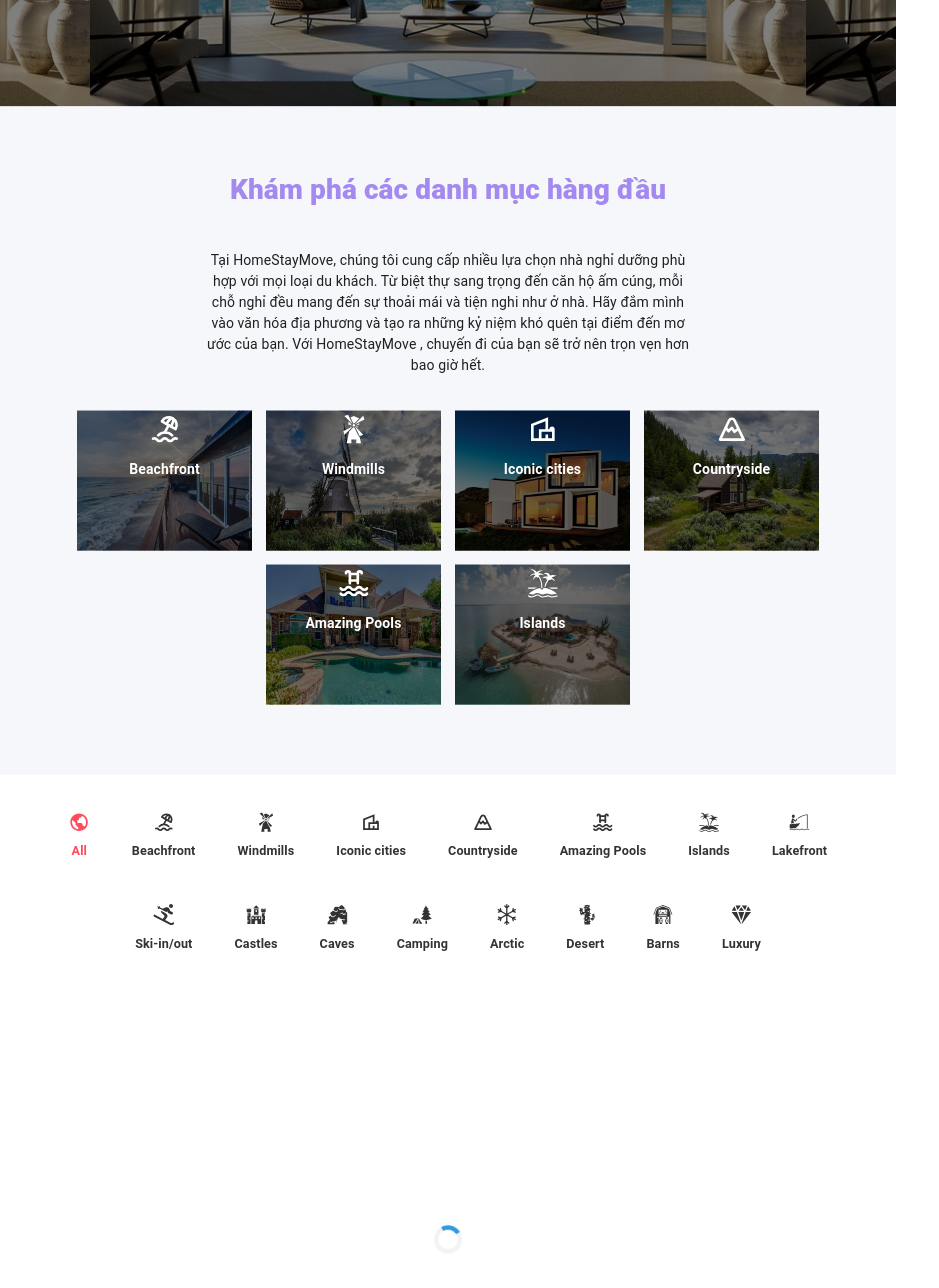
Repository: minhquang203/Homestay
Page: / (app in client/)
These files come from the project's save history. The page is drawn as it stood at one moment and after a run of saves; the edit follows.
The browser window is 1280 px wide. The page is 1342 px wide, so the pictures cover 1342 px, including what lies to the right of the window. The pictures show the part of the page from y = 552 to 2392 px (the page is 2879 px tall before and 2782 px after), at 70% of full size.
The page's requests for data from a server got no answer. The project was rebuilt for these pictures with package versions that can differ from the ones it lists, and the page was loaded fresh each time. No one was signed in, and anything a server would have sent is missing. Also part of the build but not shown: client/src/styles/ListingCard.scss, client/src/components/ListingCard.jsx, client/src/styles/variable.scss, client/src/styles/List.scss, client/src/pages/CategoryPage.jsx, client/src/styles/CreateListing.scss, client/src/pages/CreateListing.jsx, client/src/styles/ListingDetails.scss and 17 more.

Above is the page before, as saved 2025-04-03 23:56:42.

### client/public/index.html
<!DOCTYPE html>
<html lang="en">
  <head>
    <meta charset="utf-8" />
    <link rel="icon" href="%PUBLIC_URL%/favicon.ico" />
    <meta name="viewport" content="width=device-width, initial-scale=1" />
    <meta name="theme-color" content="#000000" />
    <meta
      name="description"
      content="Web site created using create-react-app"
    />
    <link rel="apple-touch-icon" href="%PUBLIC_URL%/logo192.png" />
    <link rel="manifest" href="%PUBLIC_URL%/manifest.json" />
    <link rel="preconnect" href="https://fonts.googleapis.com">
    <link rel="preconnect" href="https://fonts.gstatic.com" crossorigin>
    <link href="https://fonts.googleapis.com/css2?family=Nunito:ital,wght@0,200..1000;1,200..1000&display=swap" rel="stylesheet">
    <title>HomeStayMove</title>
  </head>
  <body>
    <div id="root"></div>

  </body>
</html>

### client/src/index.js
import { CssBaseline, ThemeProvider, createTheme } from "@mui/material"; // Thêm vào đây
import React from "react";
import ReactDOM from "react-dom/client";
import { Provider } from "react-redux";
import { PersistGate } from "redux-persist/integration/react";
import App from "./App";
import { persistor, store } from "./Redux/store";

// Tạo theme tùy chỉnh nếu cần thiết
const theme = createTheme({
  palette: {
    primary: {
      main: "#1976d2", // Màu chủ đạo
    },
    secondary: {
      main: "#dc004e", // Màu phụ
    },
  },
});

const root = ReactDOM.createRoot(document.getElementById("root"));
root.render(
  <React.StrictMode>
    <Provider store={store}>
      <PersistGate loading={null} persistor={persistor}>
        <ThemeProvider theme={theme}>
          <CssBaseline />
          <App />
        </ThemeProvider>
      </PersistGate>
    </Provider>
  </React.StrictMode>
);

### client/src/Redux/store.js
// store.js
import { configureStore } from "@reduxjs/toolkit";
import {
  persistStore,
  persistReducer,
  FLUSH,
  REHYDRATE,
  PAUSE,
  PERSIST,
  PURGE,
  REGISTER,
} from "redux-persist";
import storage from "redux-persist/lib/storage";
import userReducer from "./state"; // Đảm bảo đúng đường dẫn đến state.js

// Cấu hình Redux Persist
const persistConfig = {
  key: "root", // Tên của key trong localStorage
  version: 1, // Phiên bản của state để khi có thay đổi sẽ cập nhật lại
  storage, // Chọn phương thức lưu trữ, có thể là localStorage hoặc sessionStorage
};

// Tạo persisted reducer từ userReducer
const persistedReducer = persistReducer(persistConfig, userReducer);

// Tạo store với persistedReducer
export const store = configureStore({
  reducer: persistedReducer, // Dùng persisted reducer để lưu trữ trạng thái người dùng
  middleware: (getDefaultMiddleware) =>
    getDefaultMiddleware({
      serializableCheck: {
        ignoredActions: [FLUSH, REHYDRATE, PAUSE, PERSIST, PURGE, REGISTER], // Bỏ qua các action không thể serialize
      },
    }),
});

// Khởi tạo persistor từ store
export const persistor = persistStore(store);

### client/src/App.css
* {
  margin: 0;
  padding: 0;
  box-sizing: border-box;
  font-family: 'Nunito'sans-serif;
}

### client/src/pages/HomePage.jsx
import Categories from "../components/Categories";
import Footer from "../components/Footer";
import Listings from "../components/Listings";
import Navbar from '../components/Navbar';
import Slide from "../components/Slide";



const HomePage = () => {

  // Lấy thông tin người dùng từ Redux state
  return <div>
    <Navbar/>
    <Slide/>
    <Categories/>
    <Listings/>
    <Footer />
  </div>;
};

export default HomePage;

### client/src/components/Footer.jsx
import { Email, LocalPhone } from "@mui/icons-material";
import { Link } from "react-router-dom";
import "../styles/Footer.scss";
const Footer = () => {
  return (
    <div className="footer">
      <div className="footer_left">
        <a href="/">
          <img src="/assets/logo.png" alt="logo" />
        </a>
      </div>

      <div className="footer_center">
        <h3>Useful Links</h3>
        <ul>
          <li>
            <Link to="/about-us">About Us</Link>
          </li>
          <li>
            <Link to="/terms-and-conditions">Terms and Conditions</Link>
          </li>
          <li>
            <Link to="/return-and-refund-policy">Return and Refund Policy</Link>
          </li>
        </ul>
      </div>

      <div className="footer_right">
        <h3>Contact</h3>
        <div className="footer_right_info">
          <LocalPhone />
          <p>+84 904421394</p>
        </div>
        <div className="footer_right_info">
          <Email />
          <p>homestay@gmail.com</p>
          <p>tranminhquang082003@gmail.com</p>
        </div>
        <img src="/assets/payment.png" alt="payment" />
      </div>
    </div>
  );
};

export default Footer;

### client/src/components/Loader.jsx
import "../styles/Loader.scss";

const Loader = () => {
  return (
    <div className="loader">
      <div className="loader-inner"></div>
    </div>
  );
};

export default Loader;

### client/src/components/Navbar.jsx
import { Menu, Person, Search } from "@mui/icons-material";
import { IconButton } from "@mui/material";
import { useState } from "react";
import { useDispatch, useSelector } from "react-redux";
import { Link, useNavigate } from "react-router-dom";
import { setLogout } from "../Redux/state";
import "../styles/Navbar.scss";
import variables from "../styles/variable.scss";

const Navbar = () => {
  const [dropdownMenu, setDropdownMenu] = useState(false);
  const user = useSelector((state) => state.user);
  const dispatch = useDispatch();
  const [search, setSearch] = useState("")
  const navigate = useNavigate();

  const handleLogout = () => {
    dispatch(setLogout());
    navigate("/login");
  };

  return (
    <div className="navbar">
      <Link to="/">
        <img src="/assets/logo.png" alt="logo" />
      </Link>

      <div className="navbar_search">
        <input
          type="text"
          placeholder="Search ..."
          value={search}
          onChange={(e) => setSearch(e.target.value)}
        />
        <IconButton disabled={search === ""}>
          <Search
            sx={{ color: variables.pinkred }}
            onClick={() => {navigate(`/properties/search/${search}`)}}
          />
        </IconButton>
      </div>

      <div className="navbar_right">
        {/* Hiển thị điều kiện tùy theo trạng thái người dùng */}
        <Link to={user ? "/create-listing" : "/login"} className="navbar_right_host">
          Tạo phòng cho thuê
        </Link>

        {/* Nút tài khoản để mở menu thả xuống */}
        <button
          className="navbar_right_account"
          onClick={() => setDropdownMenu((prev) => !prev)} // Chuyển đổi trạng thái menu thả xuống
        >
          <Menu sx={{ color: variables.darkgrey }} />
          <Person sx={{ color: variables.darkgrey }} />
        </button>

        {/* Menu thả xuống cho người dùng đã đăng nhập */}
        {dropdownMenu && user && (
          <div className="navbar_right_accountmenu">
            <Link to="/profile">Thông Tin</Link>
            <Link to={`/${user._id}/trips`}>Danh sách chuyến đi</Link>
            <Link to={`/${user._id}/wishList`}>Yêu thích </Link>
            <Link to={`/${user._id}/properties`}>Phòng cho thuê </Link>
            <Link to={`/${user._id}/reservations`}>Đặt chỗ </Link>
            <Link to="/login" onClick={handleLogout}>
              Đăng xuất
            </Link>
          </div>
        )}

        {/* Menu thả xuống cho người dùng chưa đăng nhập */}
        {dropdownMenu && !user && (
          <div className="navbar_right_accountmenu">
            <Link to="/login">Đăng nhập</Link>
            <Link to="/register">Đăng ký</Link>
          </div>
        )}
      </div>
    </div>
  );
};

export default Navbar;

### client/src/components/Categories.jsx
import { Link } from "react-router-dom";
import { categories } from "../data";
import "../styles/Categories.scss";

const Categories = () => {
  return (
    <div className="categories">
      <h1>Khám phá các danh mục hàng đầu</h1>
      <p>
        Tại HomeStayMove, chúng tôi cung cấp nhiều lựa chọn nhà nghỉ dưỡng phù hợp
        với mọi loại du khách. Từ biệt thự sang trọng đến căn hộ ấm cúng, mỗi
        chỗ nghỉ đều mang đến sự thoải mái và tiện nghi như ở nhà. Hãy đắm mình
        vào văn hóa địa phương và tạo ra những kỷ niệm khó quên tại điểm đến mơ
        ước của bạn. Với HomeStayMove , chuyến đi của bạn sẽ trở nên trọn vẹn hơn
        bao giờ hết.
      </p>

      <div className="categories_list">
        {categories?.slice(1, 7).map((category, index) => (
          <Link to={`/properties/category/${category.label}`}>
            <div className="category">
              <img src={category.img} alt={category.label} />
              <div className="overlay">
                <div className="category_text">
                  <div className="category_text_icon">
                    {category.icon}
                    <p>{category.label}</p>
                  </div>
                </div>
              </div>
            </div>
          </Link>
        ))}
      </div>
    </div>
  );
};

export default Categories;

### client/src/components/Listings.jsx
import { useEffect, useState } from "react";
import { useDispatch, useSelector } from "react-redux";
import { categories } from "../data";
import { setListings } from "../Redux/state";
import "../styles/Listings.scss";
import ListingCard from "./ListingCard";
import Loader from "./Loader";

const Listings = () => {
  const dispatch = useDispatch();
  const [loading, setLoading] = useState(true);

  const [selectedCategory, setSelectedCategory] = useState("All");

  const listings = useSelector((state) => state.listings);

  const getFeedListings = async () => {
    try {
      const response = await fetch(
        selectedCategory !== "All"
          ? `http://localhost:3002/properties?category=${selectedCategory}`
          : "http://localhost:3002/properties",
        {
          method: "GET",
        }
      );

      const data = await response.json();
      dispatch(setListings({ listings: data }));
      setLoading(false);
    } catch (err) {
      console.log("Fetch Listings Failed", err.message);
    }
  };

  useEffect(() => {
    getFeedListings();
  }, [selectedCategory]);

  return (
    <>
      <div className="category-list">
        {categories?.map((category, index) => (
          <div
            className={`category ${category.label === selectedCategory ? "selected" : ""}`}
            key={index}
            onClick={() => setSelectedCategory(category.label)}
          >
            <div className="category_icon">{category.icon}</div>
            <p>{category.label}</p>
          </div>
        ))}
      </div>

      {loading ? (
        <Loader />
      ) : (
        <div className="listings">
          {listings.map(
            ({
              _id,
              creator,
              listingPhotoPaths,
              city,
              province,
              country,
              category,
              type,
              price,
              booking = false
            }) => (
              <ListingCard
                key={_id}
                listingId={_id}
                creator={creator}
                listingPhotoPaths={listingPhotoPaths}
                city={city}
                province={province}
                country={country}
                category={category}
                type={type}
                price={price}
                booking ={booking}
              />
            )
          )}
        </div>
      )}
    </>
  );
};

export default Listings;

### client/src/components/Slide.jsx
import "../styles/Slide.scss";

const Slide = () => {
  return (
    <div className="slidePage">
      <h1>
        "Hành trình mới đang chờ đón bạn <hr/>   Đặt chuyến đi ngay hôm nay cùng
        HomeStayMoves !
      </h1>
    </div>
  );
};

export default Slide;

### client/src/styles/Footer.scss
@import "./variable.scss";
@import "./breakpoints.scss";

.footer {
  display: flex;
  justify-content: space-between;
  align-items: center;
  gap: 50px;
  padding: 10px 70px;

  @include lg {
    padding: 10px 30px;
  }

  &_left {
    max-width: 400px;

    img {
      max-width: 150px;
      margin-bottom: 20px;
    }

    &_socials {
      display: flex;
      gap: 25px;
      margin-top: 20px;

      &_icon {
        width: 40px;
        height: 40px;
        border-radius: 50%;
        background-color: $pinkred;
        display: flex;
        justify-content: center;
        align-items: center;
        cursor: pointer;
        transition: all 0.5s ease-in-out;

        &:hover {
          transform: scale(1.2);
        }
      }
    }
  }

  &_center {
    text-decoration: none;

    ul {
      list-style: none;
      margin-top: 20px;
      cursor: pointer;

      li:hover {
        color: $pinkred
      }

      a {
        text-decoration: none;
        color: black;

        &:hover {
          color: $pinkred;
        }
      }
    }

    @include md {
      display: none;
    }
  }

  &_right {
    max-width: 350px;

    h3 {
      margin-bottom: 20px;
    }

    &_info {
      display: flex;

      p {
        margin-left: 20px;
        margin-bottom: 15px;
      }
    }

    @include sm {
      display: none;
    }
  }
}

### client/src/styles/Loader.scss
.loader {
    display: flex;
    justify-content: center;
    align-items: center;
    height: 100vh;
  }

  .loader-inner {
    border: 6px solid #f3f3f3;
    border-top: 6px solid #3498db;
    border-radius: 50%;
    width: 40px;
    height: 40px;
    animation: spin 2s linear infinite;
  }

  @keyframes spin {
    0% { transform: rotate(0deg); }
    100% { transform: rotate(360deg); }
  }

### client/src/styles/Navbar.scss
@import "./breakpoints.scss";
@import "./variable.scss";

.navbar {
  padding: 10px 60px;
  display: flex;
  justify-content: space-between;
  align-items: center;
  position: relative;
  background-color: #ffff;
  box-shadow: $box-shadow-small;  // Dùng biến shadow nhỏ cho navbar

  @include media-query(sm) {
    padding: 10px 20px;
  }

  img {
    width: 100px;
    cursor: pointer;
  }

  &_search {
    border: 1px solid $grey;
    border-radius: 30px;
    height: 50px;
    padding: 0 20px;
    display: flex;
    gap: 20px;
    align-items: center;
    width: 350px;

    input {
      border: none;
      outline: none;
      flex: 1;
      padding: 5px 10px;
    }

    &:hover {
      box-shadow: $box-shadow-small;
    }

    @include media-query(lg) {
      width: 500px;
    }

    @include media-query(sm) {
      display: none;
    }
  }

  &_right {
    display: flex;
    align-items: center;
    gap: 20px;

    .navbar_right_host {
      text-decoration: none;
      color: $darkgrey;
      font-weight: 700;
      cursor: pointer;

      &:hover {
        color: $pinkred;
      }

      @include media-query(sm) {
        display: none;
      }
    }

    &_account {
      height: 50px;
      display: flex;
      align-items: center;
      padding: 0 10px;
      border: 1px solid $grey;
      border-radius: 30px;
      gap: 10px;
      background-color: #ffff;
      cursor: pointer;
      transition: box-shadow 0.3s ease;

      &:hover {
        box-shadow: $box-shadow-large;
      }

      svg {
        color: $darkgrey;
      }
    }

    &_accountmenu {
      position: absolute;
      background-color: #ffff;
      right: 60px;
      top: 80px;
      display: flex;
      flex-direction: column;
      width: 200px;
      padding: 10px 0;
      border: 1px solid $lightgrey;
      border-radius: 20px;
      box-shadow: $box-shadow-large;
      z-index: 9999;

      @include media-query(sm) {
        right: 20px;
      }

      a {
        width: 100%;
        padding: 8px 15px;
        text-decoration: none;
        color: $grey;
        font-weight: 700;
        display: block;

        &:hover {
          color: $pinkred;
          background-color: rgba(217, 213, 213, 0.2);
        }
      }
    }
  }
}

### client/src/styles/breakpoints.scss
  $breakpoints: (
    xs: 480px,
    sm: 768px,
    md: 992px,
    lg: 1200px,
    xl: 1400px
  );

  // Mixin media-query để dễ sử dụng các điểm ngắt
  @mixin media-query($size) {
    $breakpoint: map-get($breakpoints, $size);

    @if $breakpoint {
      @media (max-width: #{$breakpoint}) {
        @content;
      }
    } @else {
      @warn "Breakpoint '#{$size}' không tồn tại trong danh sách breakpoints!";
    }
  }
  @mixin sm {
    @media (max-width: map-get($breakpoints, "sm")) {
        @content;
    }
}

@mixin mm {
    @media (max-width: map-get($breakpoints, "mm")) {
        @content;
    }
}

@mixin md {
    @media (max-width: map-get($breakpoints, "md")) {
        @content;
    }
}

@mixin ml {
    @media (max-width: map-get($breakpoints, "ml")) {
        @content;
    }
}

@mixin lg {
    @media (max-width: map-get($breakpoints, "lg")) {
        @content;
    }
}

@mixin xl {
    @media (max-width: map-get($breakpoints, "xl")) {
        @content;
    }
}

  // Mixin để tạo kiểu cho button
  @mixin buttonStyle {
    padding: 10px 15px;
    background-color: $pinkred;
    border: none;
    font-size: 20px;
    font-weight: 600;
    cursor: pointer;
    transform: 0.3s ease;
    color: white;
    border-radius: 10px;
  }
  // Mixin flex-center để căn giữa các phần tử theo cả chiều ngang và dọc
@mixin flex-center {
  display: flex;
  justify-content: center;
  align-items: center;
}

### client/src/styles/Categories.scss
@import "./variable.scss";
@import "./breakpoints.scss";

.categories {
  padding: 50px 60px;
  display: flex;
  flex-direction: column;
  align-items: center;
  text-align: center;
  background-color: $lightgrey;


  h1 {
    color: $blue;
    font-size: 40px;
    font-weight: 800;
    margin-bottom: 15px;
  }

  p {
    max-width: 700px;
    font-size: 20px;
  }

  .categories_list {
    display: flex;
    flex-wrap: wrap;
    padding: 50px 0;
    justify-content: center;
    gap: 20px;

    a {
      text-decoration: none;
    }

    .category {
      position: relative;
      display: flex;
      justify-content: center;
      align-items: center;
      width: 250px;
      height: 200px;
      cursor: pointer;

      img {
        position: absolute;
        width: 100%;
        height: 100%;
      }

      .overlay {
        position: absolute;
        width: 100%;
        height: 100%;
        background-color: rgba(0, 0, 0, 0.55);
        transition: 0.3s ease-in-out;
      }

      &_text {
        position: relative;
        color: white;

        &_icon {
          font-size: 45px;
        }

        p {
          font-weight: 600;
        }
      }

      &:hover {
        .overlay {
          width: 80%;
          height: 80%;
        }
      }

    }
  }
}

### client/src/styles/Listings.scss
@import "./variable.scss";
@import "./breakpoints.scss";

.category-list {
  padding: 50px 80px;
  display: flex;
  justify-content: center;
  flex-wrap: wrap;
  gap: 60px;

  @include sm {
    padding: 50px 20px;
  }

  .category {
    display: flex;
    flex-direction: column;
    align-items: center;
    color: $darkgrey;
    cursor: pointer;

    &_icon {
      font-size: 30px;
    }

    p {
      font-size: 18px;
      font-weight: 700;
    }

    &:hover {
      color: $pinkred;
    }
  }

  .selected {
    color: $pinkred;
  }
}

.listings {
  padding: 0 60px 120px;
  display: flex;
  flex-wrap: wrap;
  justify-content: center;
  gap: 5px;

  @include lg {
    padding: 0 20px 120px;
  }
}

### client/src/styles/Slide.scss
.slidePage {
  width: 100vw;
  height: 80vh;
  background: linear-gradient(rgba(0, 0, 0, 0.5), rgba(0, 0, 0, 0.5)),
    url("../../public/assets/slide.jpg");
  background-position: center top;
  background-size: contain;

  display: flex;
  justify-content: center;
  align-items: center;
  text-align: center;
  position: relative;

  animation: moveRight 2s ease-out forwards; /* Di chuyển từ trái sang phải */
}

// /* Định nghĩa keyframe cho hiệu ứng chuyển động từ trái sang phải */
// @keyframes moveRight {
//   0% {
//     transform: translateX(-100%); /* Bắt đầu bên ngoài màn hình (trái) */
//   }
//   100% {
//     transform: translateX(0); /* Kết thúc tại vị trí ban đầu */
//   }
// }

h1 {
  padding: 40px 20px;
  font-size: 40px;
  text-align: center;
  color: white;
  z-index: 1; /* Đảm bảo văn bản luôn ở trên hình nền */
  position: relative;
}

Loaded but not shown: client/src/data.js (270 lines, source omitted); client/src/App.js (46 lines, source omitted); client/src/Redux/state.js (69 lines, source omitted)

After the next 2 saves:
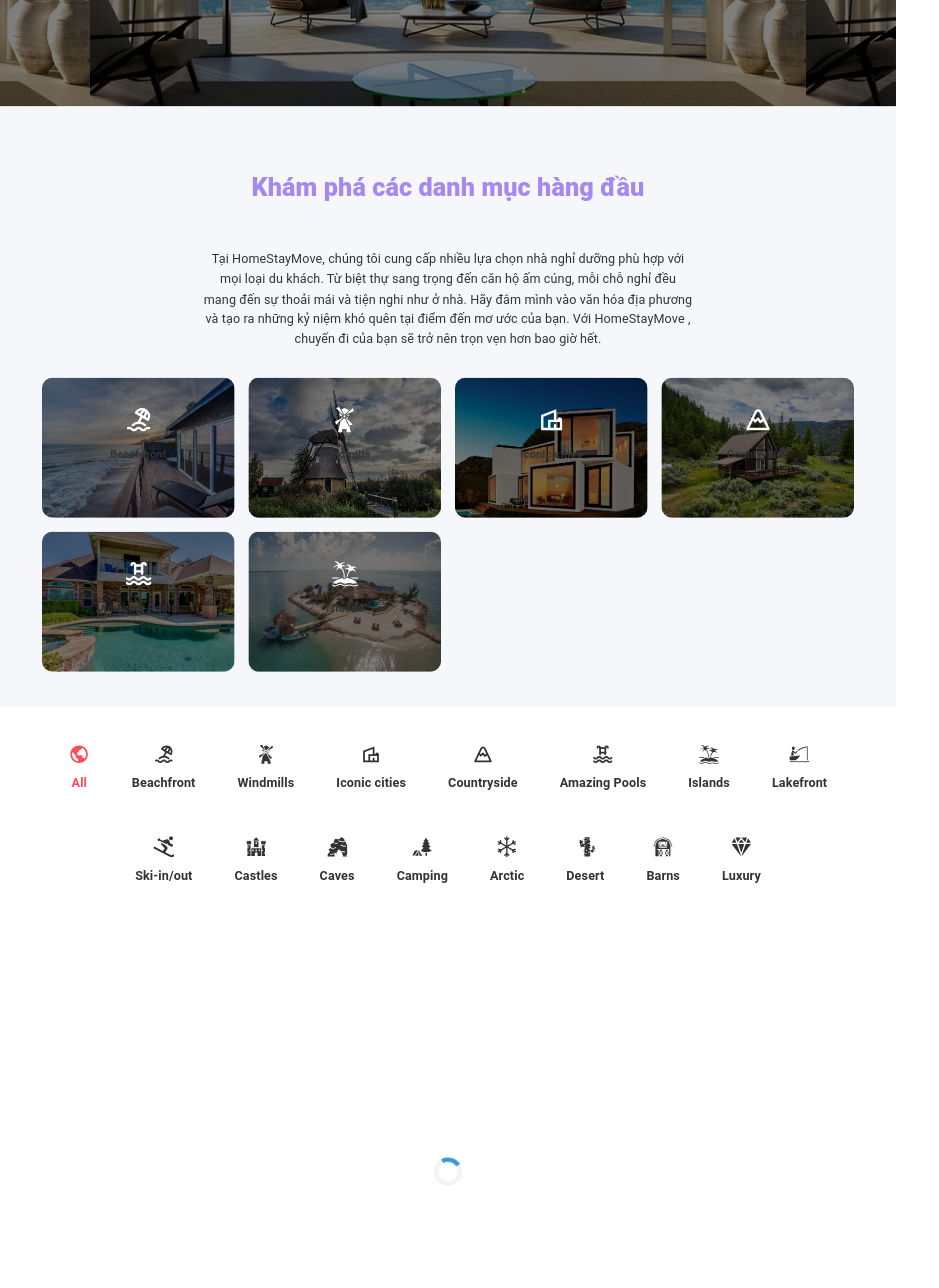
The 2 saves are shown as one change because 1 did not build or start.
The last was saved 49 s later.
--- a/client/src/styles/Categories.scss
+++ b/client/src/styles/Categories.scss
@@ -9,25 +9,26 @@
   text-align: center;
   background-color: $lightgrey;
 
-
   h1 {
     color: $blue;
-    font-size: 40px;
+    font-size: 36px;
     font-weight: 800;
-    margin-bottom: 15px;
+    margin-bottom: 20px;
   }
 
   p {
     max-width: 700px;
-    font-size: 20px;
+    font-size: 18px;
+    color: $darkgrey;
+    line-height: 1.6;
+    margin-bottom: 40px;
   }
 
   .categories_list {
-    display: flex;
-    flex-wrap: wrap;
-    padding: 50px 0;
-    justify-content: center;
+    display: grid;
+    grid-template-columns: repeat(auto-fit, minmax(250px, 1fr));
     gap: 20px;
+    width: 100%;
 
     a {
       text-decoration: none;
@@ -38,44 +39,61 @@
       display: flex;
       justify-content: center;
       align-items: center;
-      width: 250px;
+      width: 100%;
       height: 200px;
+      overflow: hidden;
+      border-radius: 15px;
       cursor: pointer;
+      transition: transform 0.3s ease, box-shadow 0.3s ease;
 
       img {
         position: absolute;
         width: 100%;
         height: 100%;
+        object-fit: cover;
+        transition: transform 0.3s ease;
       }
 
       .overlay {
         position: absolute;
         width: 100%;
         height: 100%;
-        background-color: rgba(0, 0, 0, 0.55);
-        transition: 0.3s ease-in-out;
+        background-color: rgba(0, 0, 0, 0.5);
+        transition: background-color 0.3s ease;
+        display: flex;
+        justify-content: center;
+        align-items: center;
       }
 
       &_text {
         position: relative;
         color: white;
+        text-align: center;
+        z-index: 2;
 
         &_icon {
-          font-size: 45px;
+          font-size: 40px;
+          margin-bottom: 10px;
         }
 
         p {
+          font-size: 16px;
           font-weight: 600;
         }
       }
 
       &:hover {
+        transform: translateY(-5px);
+        box-shadow: 0 10px 20px rgba(0, 0, 0, 0.2);
+
+        img {
+          transform: scale(1.1);
+        }
+
         .overlay {
-          width: 80%;
-          height: 80%;
+          background-color: rgba(0, 0, 0, 0.7);
         }
       }
-
     }
   }
 }
